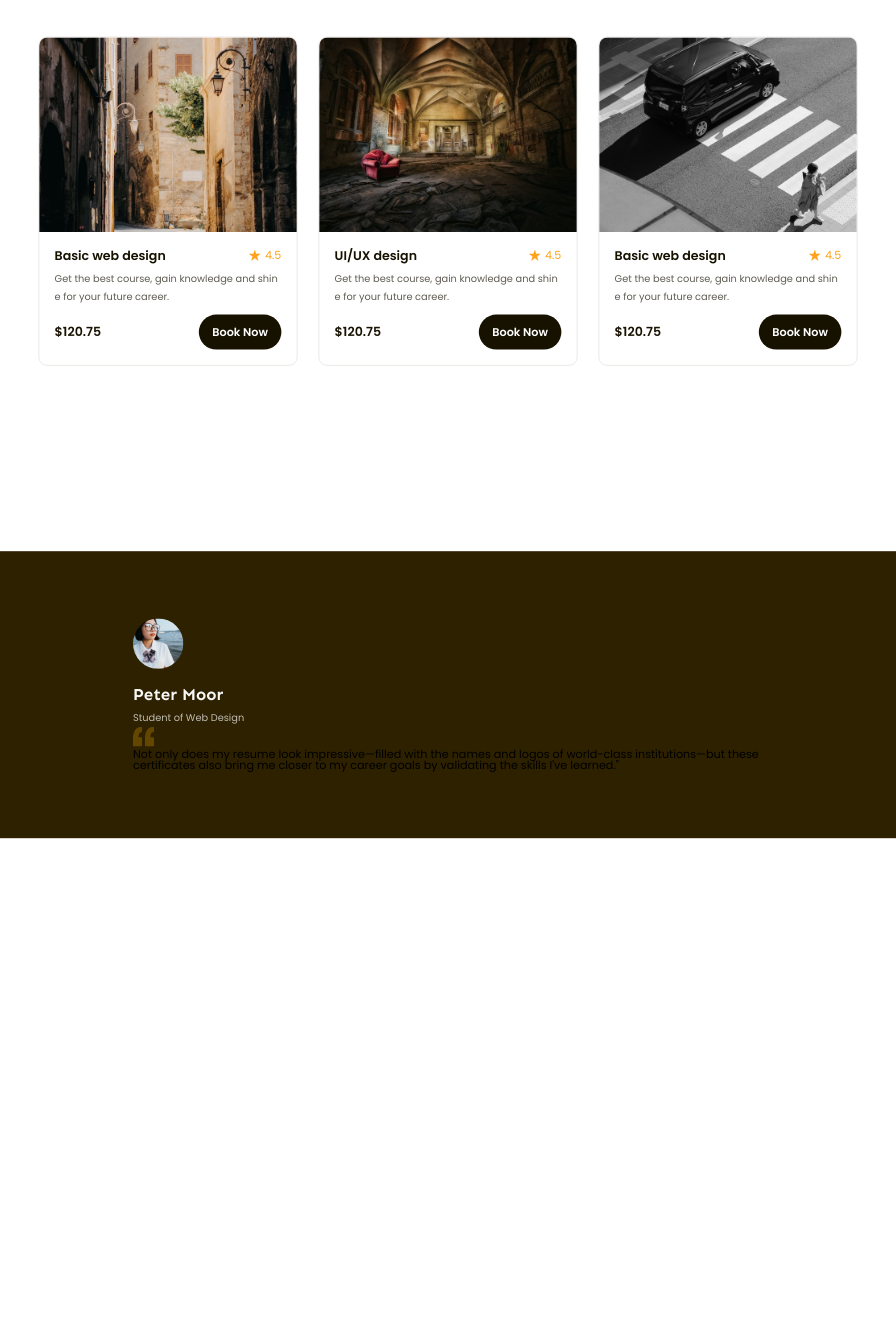
Repository: empty24062002/f8-htmlcss-02-pratice
Page: index.html
The author's editor kept a copy of each file at every save. The page is drawn from the files as they stood at one save, then again after the next save.
The browser window is 1280 px wide. The pictures show the part of the page from y = 1198 to 3118 px (the page is 5187 px tall), at 70% of full size.
A picture or video elsewhere on the page could not be fetched, so the positions and the page height are approximate.

Above is the page before, as saved 2023-07-19 09:31:42.

After the next save:
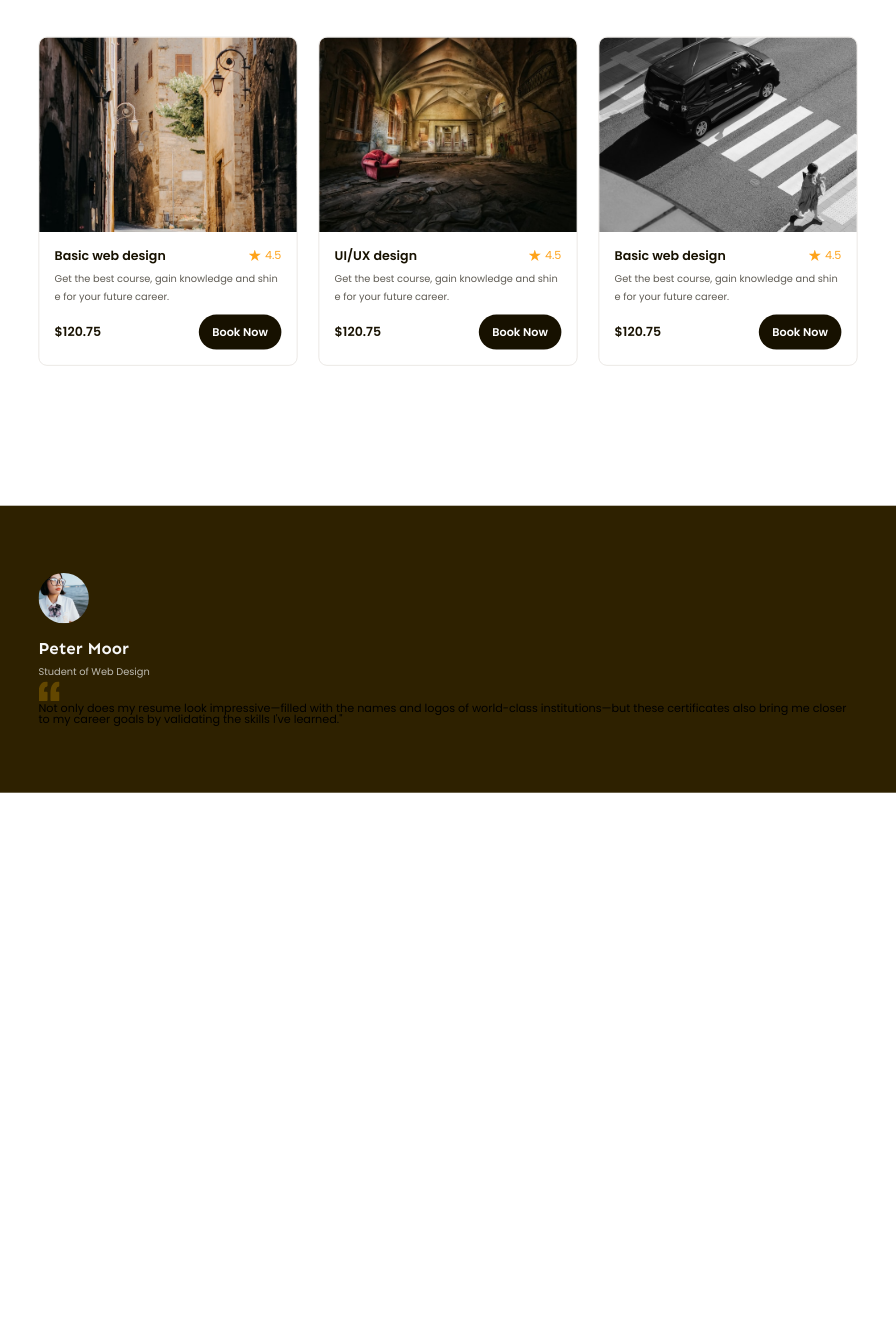
Saved 61 s later.
--- a/assets/css/styles.css
+++ b/assets/css/styles.css
@@ -406,13 +406,13 @@ a {
 
 /* Feedback */
 .feedback {
-    margin-top: 200px;
+    padding: 96px 0;
+    margin-top: 135px;
     background-color: #2e2100;
 }
 
 .feedback-item {
     display: flex;
-    padding: 96px 135px;
 }
 
 .feedback-item .avatar {
